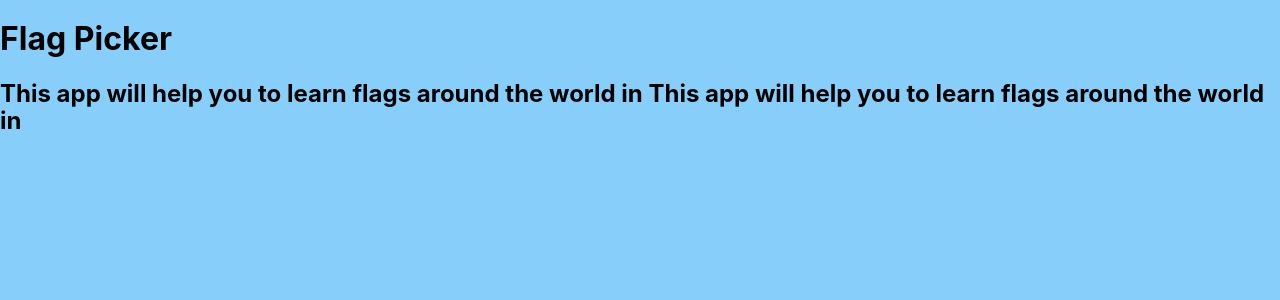
Repository: paras-shah/flag-app
Page: /
These files come from the project's save history. The page is drawn as it stood at one moment and after the next save; the edit follows.
The browser window is 1280 px wide. The pictures show the whole page.
The project was rebuilt for these pictures with package versions that can differ from the ones it lists, and the page was loaded fresh each time.

Above is the page before, as saved 2020-02-11 21:28:34.

### public/index.html
<!DOCTYPE html>
<html lang="en">
  <head>
    <meta charset="utf-8" />
    <link rel="icon" href="%PUBLIC_URL%/favicon.ico" />
    <meta name="viewport" content="width=device-width, initial-scale=1" />
    <meta name="theme-color" content="#000000" />
    <meta
      name="description"
      content="Web site created using create-react-app"
    />
    <link rel="apple-touch-icon" href="%PUBLIC_URL%/logo192.png" />
    <link href="https://fonts.googleapis.com/css?family=Roboto&display=swap" rel="stylesheet">
    <!--
      manifest.json provides metadata used when your web app is installed on a
      user's mobile device or desktop. See https://developers.google.com/web/fundamentals/web-app-manifest/
    -->
    <link rel="manifest" href="%PUBLIC_URL%/manifest.json" />
    <!--
      Notice the use of %PUBLIC_URL% in the tags above.
      It will be replaced with the URL of the `public` folder during the build.
      Only files inside the `public` folder can be referenced from the HTML.

      Unlike "/favicon.ico" or "favicon.ico", "%PUBLIC_URL%/favicon.ico" will
      work correctly both with client-side routing and a non-root public URL.
      Learn how to configure a non-root public URL by running `npm run build`.
    -->
    <title>Flag App</title>
  </head>
  <body>
    <noscript>You need to enable JavaScript to run this app.</noscript>
    <div id="root"></div>
    <!--
      This HTML file is a template.
      If you open it directly in the browser, you will see an empty page.

      You can add webfonts, meta tags, or analytics to this file.
      The build step will place the bundled scripts into the <body> tag.

      To begin the development, run `npm start` or `yarn start`.
      To create a production bundle, use `npm run build` or `yarn build`.
    -->
  </body>
</html>

### src/index.js
import React from 'react';
import ReactDOM from 'react-dom';

import './style/normalize.css';
import './style/index.css';

import App from './App';

ReactDOM.render(<App />, document.getElementById('root'));

### src/style/index.css

body {
  margin: 0;
  font-family: -apple-system, BlinkMacSystemFont, 'Segoe UI', 'Roboto', 'Oxygen',
    'Ubuntu', 'Cantarell', 'Fira Sans', 'Droid Sans', 'Helvetica Neue',
    sans-serif;
  -webkit-font-smoothing: antialiased;
  -moz-osx-font-smoothing: grayscale;
  background-color: lightskyblue;
}

.app-main{
  margin:"10% auto";
  padding:"10px";
}

### src/App.js
import React from 'react';

// Components

// Config
import COPY from "./config/copy";
import data from "./config/continents.json";


class App extends React.Component {
  constructor(props) {
    super(props);

    this.state = {
      flagData: null,
      selectedContinent: null,
      selectedCountry: [],
    }
  }

  componentDidMount() {
    this.setState({ flagData: data });
  }


  render() {
    return (
      <main className="app-main">
        <header className="app-header">
          <h1>{COPY.HEADER_TEXT}</h1>
          <h2>{COPY.HEADER_SUBTEXT} <span> {COPY.HEADER_SUBTEXT} </span></h2>
        </header>

        <div className="app-content">
        </div>
      </main>
    );
  }
}

export default App;

### src/config/copy.js
export default {
    HEADER_TEXT : "Flag Picker",
    HEADER_SUBTEXT : "This app will help you to learn flags around the world in",
    HEADER_SUBTEXT_TWO : "3 steps",
};

### src/config/continents.json
[
	{
		"continent": "Africa",
		"countries": [
			{
				"name": "Nigeria",
				"flag": "🇳🇬"
			},
			{
				"name": "Ethiopia",
				"flag": "🇪🇹"
			},
			{
				"name": "Egypt",
				"flag": "🇪🇬"
			},
			{
				"name": "DR Congo",
				"flag": "🇨🇩"
			},
			{
				"name": "South Africa",
				"flag": "🇿🇦"
			}
		]
	},
	{
		"continent": "America",
		"countries": [
			{
				"name": "USA",
				"flag": "🇺🇸"
			},
			{
				"name": "Brazil",
				"flag": "🇧🇷"
			},
			{
				"name": "Mexico",
				"flag": "🇲🇽"
			},
			{
				"name": "Colombia",
				"flag": "🇨🇴"
			},
			{
				"name": "Argentina",
				"flag": "🇦🇷"
			}
		]
	},
	{
		"continent": "Asia",
		"countries": [
			{
				"name": "China",
				"flag": "🇨🇳"
			},
			{
				"name": "India",
				"flag": "🇮🇳"
			},
			{
				"name": "Indonesia",
				"flag": "🇮🇩"
			},
			{
				"name": "Pakistan",
				"flag": "🇵🇰"
			},
			{
				"name": "Bangladesh",
				"flag": "🇧🇩"
			}
		]
	},
	{
		"continent": "Europe",
		"countries": [
			{
				"name": "Russia",
				"flag": "🇷🇺"
			},
			{
				"name": "Germany",
				"flag": "🇩🇪"
			},
			{
				"name": "UK",
				"flag": "🇬🇧"
			},
			{
				"name": "France",
				"flag": "🇫🇷"
			},
			{
				"name": "Italy",
				"flag": "🇮🇹"
			}
		]
	},
	{
		"continent": "Oceania",
		"countries": [
			{
				"name": "Australia",
				"flag": "🇦🇺"
			},
			{
				"name": "Papua New Guinea",
				"flag": "🇵🇬"
			},
			{
				"name": "New Zealand",
				"flag": "🇳🇿"
			},
			{
				"name": "Fiji",
				"flag": "🇫🇯"
			},
			{
				"name": "Solomon Islands",
				"flag": "🇸🇧"
			}
		]
	}
]

Loaded but not shown: src/style/normalize.css (library)

After the next save:
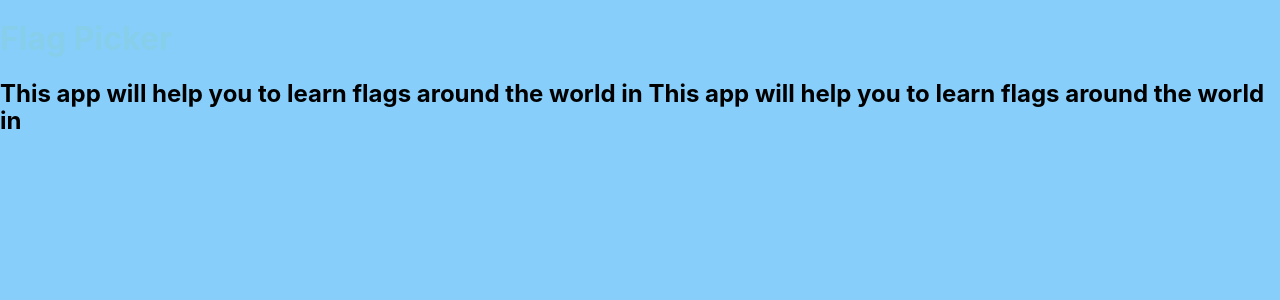
Saved 92 s later.
--- a/src/style/index.css
+++ b/src/style/index.css
@@ -13,3 +13,12 @@ body {
   margin:"10% auto";
   padding:"10px";
 }
+
+h1{
+  font-size: "30px";
+  color: skyblue;
+}
+
+h1{
+  font-size: "30px";
+}
